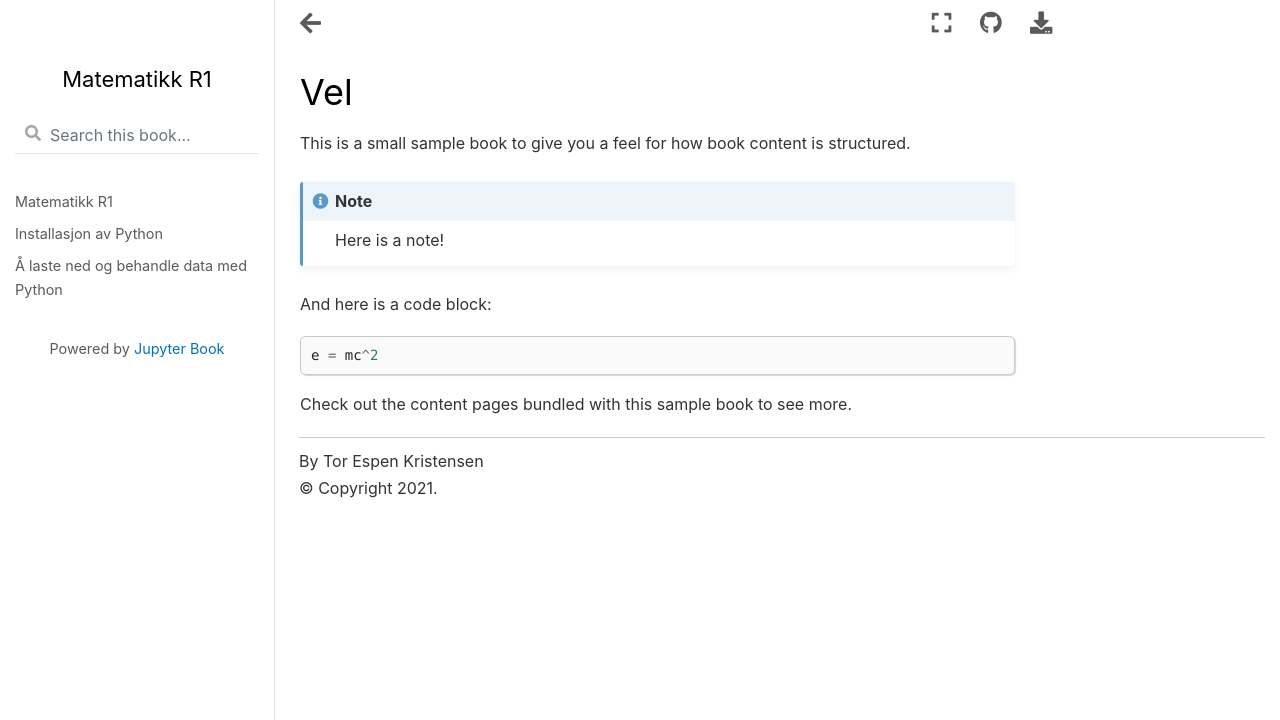
Repository: tork73/R1
Page: R1-programmering/_build/html/intro.html
These files come from the project's save history. The page is drawn as it stood at one moment and after the next save; the edit follows.
The browser window is 1280 px wide. The pictures show the whole page.

Above is the page before, as saved 2022-01-31 10:32:03.

### R1-programmering/_build/html/intro.html

<!DOCTYPE html>

<html>
  <head>
    <meta charset="utf-8" />
    <meta name="viewport" content="width=device-width, initial-scale=1.0" />
    <title>Vel &#8212; Matematikk R1</title>

  <link href="../_static/css/theme.css" rel="stylesheet">
  <link href="../_static/css/index.ff1ffe594081f20da1ef19478df9384b.css" rel="stylesheet">


  <link rel="stylesheet"
    href="../_static/vendor/fontawesome/5.13.0/css/all.min.css">
  <link rel="preload" as="font" type="font/woff2" crossorigin
    href="../_static/vendor/fontawesome/5.13.0/webfonts/fa-solid-900.woff2">
  <link rel="preload" as="font" type="font/woff2" crossorigin
    href="../_static/vendor/fontawesome/5.13.0/webfonts/fa-brands-400.woff2">





    <link rel="stylesheet" type="text/css" href="../_static/pygments.css" />
    <link rel="stylesheet" type="text/css" href="../_static/sphinx-book-theme.css?digest=c3fdc42140077d1ad13ad2f1588a4309" />
    <link rel="stylesheet" type="text/css" href="../_static/togglebutton.css" />
    <link rel="stylesheet" type="text/css" href="../_static/copybutton.css" />
    <link rel="stylesheet" type="text/css" href="../_static/mystnb.css" />
    <link rel="stylesheet" type="text/css" href="../_static/sphinx-thebe.css" />
    <link rel="stylesheet" type="text/css" href="../_static/proof.css" />
    <link rel="stylesheet" type="text/css" href="../_static/panels-main.c949a650a448cc0ae9fd3441c0e17fb0.css" />
    <link rel="stylesheet" type="text/css" href="../_static/panels-variables.06eb56fa6e07937060861dad626602ad.css" />

  <link rel="preload" as="script" href="../_static/js/index.be7d3bbb2ef33a8344ce.js">

    <script data-url_root="../" id="documentation_options" src="../_static/documentation_options.js"></script>
    <script src="../_static/jquery.js"></script>
    <script src="../_static/underscore.js"></script>
    <script src="../_static/doctools.js"></script>
    <script src="../_static/togglebutton.js"></script>
    <script src="../_static/clipboard.min.js"></script>
    <script src="../_static/copybutton.js"></script>
    <script>var togglebuttonSelector = '.toggle, .admonition.dropdown, .tag_hide_input div.cell_input, .tag_hide-input div.cell_input, .tag_hide_output div.cell_output, .tag_hide-output div.cell_output, .tag_hide_cell.cell, .tag_hide-cell.cell';</script>
    <script src="../_static/sphinx-book-theme.d59cb220de22ca1c485ebbdc042f0030.js"></script>
    <script async="async" src="https://unpkg.com/thebe@0.5.1/lib/index.js"></script>
    <script>
        const thebe_selector = ".thebe"
        const thebe_selector_input = "pre"
        const thebe_selector_output = ".output"
    </script>
    <script async="async" src="../_static/sphinx-thebe.js"></script>
    <link rel="index" title="Index" href="../genindex.html" />
    <link rel="search" title="Search" href="../search.html" />
    <meta name="viewport" content="width=device-width, initial-scale=1" />
    <meta name="docsearch:language" content="None">


    <!-- Google Analytics -->

  </head>
  <body data-spy="scroll" data-target="#bd-toc-nav" data-offset="80">

    <div class="container-fluid" id="banner"></div>



    <div class="container-xl">
      <div class="row">

<div class="col-12 col-md-3 bd-sidebar site-navigation show" id="site-navigation">

        <div class="navbar-brand-box">
    <a class="navbar-brand text-wrap" href="../index.html">



      <h1 class="site-logo" id="site-title">Matematikk R1</h1>

    </a>
</div><form class="bd-search d-flex align-items-center" action="../search.html" method="get">
  <i class="icon fas fa-search"></i>
  <input type="search" class="form-control" name="q" id="search-input" placeholder="Search this book..." aria-label="Search this book..." autocomplete="off" >
</form><nav class="bd-links" id="bd-docs-nav" aria-label="Main">
    <div class="bd-toc-item active">
        <ul class="nav bd-sidenav">
 <li class="toctree-l1">
  <a class="reference internal" href="../intro.html">
   Matematikk R1
  </a>
 </li>
</ul>
<ul class="nav bd-sidenav">
 <li class="toctree-l1">
  <a class="reference internal" href="../innledning-programmering.html">
   Installasjon av Python
  </a>
 </li>
 <li class="toctree-l1">
  <a class="reference internal" href="../data-pandas.html">
   Å laste ned og behandle data med Python
  </a>
 </li>
</ul>

    </div>
</nav> <!-- To handle the deprecated key -->

<div class="navbar_extra_footer">
  Powered by <a href="https://jupyterbook.org">Jupyter Book</a>
</div>

</div>






<main class="col py-md-3 pl-md-4 bd-content overflow-auto" role="main">

    <div class="topbar container-xl fixed-top">
    <div class="topbar-contents row">
        <div class="col-12 col-md-3 bd-topbar-whitespace site-navigation show"></div>
        <div class="col pl-md-4 topbar-main">

            <button id="navbar-toggler" class="navbar-toggler ml-0" type="button" data-toggle="collapse"
                data-toggle="tooltip" data-placement="bottom" data-target=".site-navigation" aria-controls="navbar-menu"
                aria-expanded="true" aria-label="Toggle navigation" aria-controls="site-navigation"
                title="Toggle navigation" data-toggle="tooltip" data-placement="left">
                <i class="fas fa-bars"></i>
                <i class="fas fa-arrow-left"></i>
                <i class="fas fa-arrow-up"></i>
            </button>


<div class="dropdown-buttons-trigger">
    <button id="dropdown-buttons-trigger" class="btn btn-secondary topbarbtn" aria-label="Download this page"><i
            class="fas fa-download"></i></button>

    <div class="dropdown-buttons">
        <!-- ipynb file if we had a myst markdown file -->

        <!-- Download raw file -->
        <a class="dropdown-buttons" href="../_sources/.history/intro_20220131103203.md"><button type="button"
                class="btn btn-secondary topbarbtn" title="Download source file" data-toggle="tooltip"
                data-placement="left">.md</button></a>
        <!-- Download PDF via print -->
        <button type="button" id="download-print" class="btn btn-secondary topbarbtn" title="Print to PDF"
                onclick="printPdf(this)" data-toggle="tooltip" data-placement="left">.pdf</button>
    </div>
</div>

            <!-- Source interaction buttons -->

<div class="dropdown-buttons-trigger">
    <button id="dropdown-buttons-trigger" class="btn btn-secondary topbarbtn"
        aria-label="Connect with source repository"><i class="fab fa-github"></i></button>
    <div class="dropdown-buttons sourcebuttons">
        <a class="repository-button"
            href="https://github.com/executablebooks/jupyter-book"><button type="button" class="btn btn-secondary topbarbtn"
                data-toggle="tooltip" data-placement="left" title="Source repository"><i
                    class="fab fa-github"></i>repository</button></a>
        <a class="issues-button"
            href="https://github.com/executablebooks/jupyter-book/issues/new?title=Issue%20on%20page%20%2F.history/intro_20220131103203.html&body=Your%20issue%20content%20here."><button
                type="button" class="btn btn-secondary topbarbtn" data-toggle="tooltip" data-placement="left"
                title="Open an issue"><i class="fas fa-lightbulb"></i>open issue</button></a>

    </div>
</div>

            <!-- Full screen (wrap in <a> to have style consistency -->

<a class="full-screen-button"><button type="button" class="btn btn-secondary topbarbtn" data-toggle="tooltip"
        data-placement="bottom" onclick="toggleFullScreen()" aria-label="Fullscreen mode"
        title="Fullscreen mode"><i
            class="fas fa-expand"></i></button></a>

            <!-- Launch buttons -->

        </div>

        <!-- Table of contents -->
        <div class="d-none d-md-block col-md-2 bd-toc show noprint">

        </div>
    </div>
</div>
    <div id="main-content" class="row">
        <div class="col-12 col-md-9 pl-md-3 pr-md-0">
            <!-- Table of contents that is only displayed when printing the page -->
            <div id="jb-print-docs-body" class="onlyprint">
                <h1>Vel</h1>
                <!-- Table of contents -->
                <div id="print-main-content">
                    <div id="jb-print-toc">

                    </div>
                </div>
            </div>

              <div>

  <div class="tex2jax_ignore mathjax_ignore section" id="vel">
<h1>Vel<a class="headerlink" href="#vel" title="Permalink to this headline">¶</a></h1>
<p>This is a small sample book to give you a feel for how book content is
structured.</p>
<div class="admonition note">
<p class="admonition-title">Note</p>
<p>Here is a note!</p>
</div>
<p>And here is a code block:</p>
<div class="highlight-default notranslate"><div class="highlight"><pre><span></span><span class="n">e</span> <span class="o">=</span> <span class="n">mc</span><span class="o">^</span><span class="mi">2</span>
</pre></div>
</div>
<p>Check out the content pages bundled with this sample book to see more.</p>
</div>

    <script type="text/x-thebe-config">
    {
        requestKernel: true,
        binderOptions: {
            repo: "binder-examples/jupyter-stacks-datascience",
            ref: "master",
        },
        codeMirrorConfig: {
            theme: "abcdef",
            mode: "python"
        },
        kernelOptions: {
            kernelName: "python3",
            path: "./.history"
        },
        predefinedOutput: true
    }
    </script>
    <script>kernelName = 'python3'</script>

              </div>


                <!-- Previous / next buttons -->
<div class='prev-next-area'>
</div>

        </div>
    </div>
    <footer class="footer">
  <p>

      By Tor Espen Kristensen<br/>

        &copy; Copyright 2021.<br/>
  </p>
</footer>
</main>


      </div>
    </div>

  <script src="../_static/js/index.be7d3bbb2ef33a8344ce.js"></script>

  </body>
</html>

### R1-programmering/_build/html/_static/togglebutton.css
/* Visibility of the target */
.toggle, div.admonition.toggle .admonition-title ~ * {
    transition: opacity .5s, height .5s;
}

.toggle-hidden:not(.admonition) {
    visibility: hidden;
    opacity: 0;
    height: 1.5em;
    margin: 0px;
    padding: 0px;
}

/* Overrides for admonition toggles */

/* Titles should cut off earlier to avoid overlapping w/ button */
div.admonition.toggle p.admonition-title {
    padding-right: 25%;
}

/* hides all the content of a page until de-toggled */
div.admonition.toggle-hidden .admonition-title ~ * {
    height: 0;
    margin: 0;
    float: left; /* so they overlap when hidden */
    opacity: 0;
    visibility: hidden;
}

/* Toggle buttons inside admonitions so we see the title */
.toggle.admonition {
    position: relative;
}

.toggle.admonition.admonition-title:after {
    content: "" !important;
}

/* Note, we'll over-ride this in sphinx-book-theme */
.toggle.admonition button.toggle-button {
    margin-right: 0.5em;
    right: 0em;
    position: absolute;
    top: .2em;
}

/* General button style */
button.toggle-button {
    background: #999;
    border: none;
    z-index: 100;
    right: -2.5em;
    margin-left: -2.5em; /* A hack to keep code blocks from being pushed left */
    position: relative;
    float: right;
    border-radius: 100%;
    width: 1.5em;
    height: 1.5em;
    padding: 0px;
}

@media (min-width: 768px) {
    button.toggle-button.toggle-button-hidden:before {
        content: "Click to show";
        position: absolute;
        font-size: .8em;
        left: -6.5em;
        bottom: .4em;
    }
}


/* Plus / minus toggles */
.toggle-button .bar {
    background-color: white;
    position: absolute;
    left: 15%;
    top: 43%;
    width: 16px;
    height: 3px;
}

.toggle-button .vertical {
    transition: all 0.25s ease-in-out;
    transform-origin: center;
}

.toggle-button-hidden .vertical {
    transform: rotate(-90deg);
}

### R1-programmering/_build/html/_static/copybutton.css
/* Copy buttons */
button.copybtn {
    position: absolute;
    display: flex;
    top: .3em;
    right: .5em;
    width: 1.7em;
    height: 1.7em;
	opacity: 0;
    transition: opacity 0.3s, border .3s, background-color .3s;
    user-select: none;
    padding: 0;
    border: none;
    outline: none;
    border-radius: 0.4em;
    border: #e1e1e1 1px solid;
    background-color: rgb(245, 245, 245);
}

button.copybtn.success {
    border-color: #22863a;
}

button.copybtn img {
    width: 100%;
    padding: .2em;
}

div.highlight  {
    position: relative;
}

.highlight:hover button.copybtn {
	opacity: 1;
}

.highlight button.copybtn:hover {
    background-color: rgb(235, 235, 235);
}

.highlight button.copybtn:active {
    background-color: rgb(187, 187, 187);
}

/**
 * A minimal CSS-only tooltip copied from:
 *   https://codepen.io/mildrenben/pen/rVBrpK
 *
 * To use, write HTML like the following:
 *
 * <p class="o-tooltip--left" data-tooltip="Hey">Short</p>
 */
 .o-tooltip--left {
  position: relative;
 }

 .o-tooltip--left:after {
    opacity: 0;
    visibility: hidden;
    position: absolute;
    content: attr(data-tooltip);
    padding: .2em;
    font-size: .8em;
    left: -.2em;
    background: grey;
    color: white;
    white-space: nowrap;
    z-index: 2;
    border-radius: 2px;
    transform: translateX(-102%) translateY(0);
    transition: opacity 0.2s cubic-bezier(0.64, 0.09, 0.08, 1), transform 0.2s cubic-bezier(0.64, 0.09, 0.08, 1);
}

.o-tooltip--left:hover:after {
    display: block;
    opacity: 1;
    visibility: visible;
    transform: translateX(-100%) translateY(0);
    transition: opacity 0.2s cubic-bezier(0.64, 0.09, 0.08, 1), transform 0.2s cubic-bezier(0.64, 0.09, 0.08, 1);
    transition-delay: .5s;
}

### R1-programmering/_build/html/_static/sphinx-thebe.css
/* Thebelab Buttons */
.thebelab-button {
    z-index: 999;
    display: inline-block;
    padding: 0.35em 1.2em;
    margin: 0px 1px;
    border-radius: 0.12em;
    box-sizing:  border-box;
    text-decoration: none;
    font-family: 'Roboto', sans-serif;
    font-weight: 300;
    text-align: center;
    transition: all 0.2s;
    background-color: #dddddd;
    border: 0.05em solid white;
    color: #000000;
}

.thebelab-button:hover{
    border: 0.05em solid black;
    background-color: #fcfcfc;
}

.thebe-launch-button {
    height: 2.2em;
    font-size: .8em;
    border: 1px black solid;
}

/* Thebelab Cell */
.thebelab-cell pre {
  background: none;
}

.thebelab-cell .thebelab-input {
    padding-left: 1em;
    margin-bottom: .5em;
    margin-top: .5em;
}

.thebelab-cell .jp-OutputArea {
    margin-top: .5em;
    margin-left: 1em;
}

button.thebelab-button.thebelab-run-button {
    margin-left: 1.5em;
    margin-bottom: .5em;
}

/* Loading button */
button.thebe-launch-button div.spinner {
    float: left;
    margin-right: 1em;
}

/* Remove the spinner when thebelab is ready */
.thebe-launch-button.thebe-status-ready .spinner {
    display: none;
}

.thebe-launch-button span.status {
    font-family: monospace;
    font-weight: bold;
}

.thebe-launch-button.thebe-status-ready span.status {
    color: green;
}

.spinner {
    height: 2em;
    text-align: center;
    font-size: 0.7em;
  }

  .spinner > div {
    background-color: #F37726;
    height: 100%;
    width: 6px;
    display: inline-block;

    -webkit-animation: sk-stretchdelay 1.2s infinite ease-in-out;
    animation: sk-stretchdelay 1.2s infinite ease-in-out;
  }

  .spinner .rect2 {
    -webkit-animation-delay: -1.1s;
    animation-delay: -1.1s;
  }

  .spinner .rect3 {
    -webkit-animation-delay: -1.0s;
    animation-delay: -1.0s;
  }

  .spinner .rect4 {
    -webkit-animation-delay: -0.9s;
    animation-delay: -0.9s;
  }

  .spinner .rect5 {
    -webkit-animation-delay: -0.8s;
    animation-delay: -0.8s;
  }

  @-webkit-keyframes sk-stretchdelay {
    0%, 40%, 100% { -webkit-transform: scaleY(0.4) }
    20% { -webkit-transform: scaleY(1.0) }
  }

  @keyframes sk-stretchdelay {
    0%, 40%, 100% {
      transform: scaleY(0.4);
      -webkit-transform: scaleY(0.4);
    }  20% {
      transform: scaleY(1.0);
      -webkit-transform: scaleY(1.0);
    }
  }

### R1-programmering/_build/html/_static/panels-main.c949a650a448cc0ae9fd3441c0e17fb0.css
details.dropdown .summary-title{padding-right:3em !important;-moz-user-select:none;-ms-user-select:none;-webkit-user-select:none;user-select:none}details.dropdown:hover{cursor:pointer}details.dropdown .summary-content{cursor:default}details.dropdown summary{list-style:none;padding:1em}details.dropdown summary .octicon.no-title{vertical-align:middle}details.dropdown[open] summary .octicon.no-title{visibility:hidden}details.dropdown summary::-webkit-details-marker{display:none}details.dropdown summary:focus{outline:none}details.dropdown summary:hover .summary-up svg,details.dropdown summary:hover .summary-down svg{opacity:1}details.dropdown .summary-up svg,details.dropdown .summary-down svg{display:block;opacity:.6}details.dropdown .summary-up,details.dropdown .summary-down{pointer-events:none;position:absolute;right:1em;top:.75em}details.dropdown[open] .summary-down{visibility:hidden}details.dropdown:not([open]) .summary-up{visibility:hidden}details.dropdown.fade-in[open] summary~*{-moz-animation:panels-fade-in .5s ease-in-out;-webkit-animation:panels-fade-in .5s ease-in-out;animation:panels-fade-in .5s ease-in-out}details.dropdown.fade-in-slide-down[open] summary~*{-moz-animation:panels-fade-in .5s ease-in-out, panels-slide-down .5s ease-in-out;-webkit-animation:panels-fade-in .5s ease-in-out, panels-slide-down .5s ease-in-out;animation:panels-fade-in .5s ease-in-out, panels-slide-down .5s ease-in-out}@keyframes panels-fade-in{0%{opacity:0}100%{opacity:1}}@keyframes panels-slide-down{0%{transform:translate(0, -10px)}100%{transform:translate(0, 0)}}.octicon{display:inline-block;fill:currentColor;vertical-align:text-top}.tabbed-content{box-shadow:0 -.0625rem var(--tabs-color-overline),0 .0625rem var(--tabs-color-underline);display:none;order:99;padding-bottom:.75rem;padding-top:.75rem;width:100%}.tabbed-content>:first-child{margin-top:0 !important}.tabbed-content>:last-child{margin-bottom:0 !important}.tabbed-content>.tabbed-set{margin:0}.tabbed-set{border-radius:.125rem;display:flex;flex-wrap:wrap;margin:1em 0;position:relative}.tabbed-set>input{opacity:0;position:absolute}.tabbed-set>input:checked+label{border-color:var(--tabs-color-label-active);color:var(--tabs-color-label-active)}.tabbed-set>input:checked+label+.tabbed-content{display:block}.tabbed-set>input:focus+label{outline-style:auto}.tabbed-set>input:not(.focus-visible)+label{outline:none;-webkit-tap-highlight-color:transparent}.tabbed-set>label{border-bottom:.125rem solid transparent;color:var(--tabs-color-label-inactive);cursor:pointer;font-size:var(--tabs-size-label);font-weight:700;padding:1em 1.25em .5em;transition:color 250ms;width:auto;z-index:1}html .tabbed-set>label:hover{color:var(--tabs-color-label-active)}

Loaded but not shown: R1-programmering/_build/html/_static/css/index.ff1ffe594081f20da1ef19478df9384b.css (library); R1-programmering/_build/html/_static/vendor/fontawesome/5.13.0/css/all.min.css (library); R1-programmering/_build/html/_static/sphinx-book-theme.css (library); R1-programmering/_build/html/_static/panels-variables.06eb56fa6e07937060861dad626602ad.css (common file); R1-programmering/_build/html/_static/js/index.be7d3bbb2ef33a8344ce.js (library); R1-programmering/_build/html/_static/documentation_options.js (common file); R1-programmering/_build/html/_static/jquery.js (library); R1-programmering/_build/html/_static/underscore.js (library); R1-programmering/_build/html/_static/clipboard.min.js (library); R1-programmering/_build/html/_static/doctools.js (323 lines, source omitted); R1-programmering/_build/html/_static/copybutton.js (197 lines, source omitted); R1-programmering/_build/html/_static/sphinx-thebe.js (96 lines, source omitted); R1-programmering/_build/html/_static/sphinx-book-theme.d59cb220de22ca1c485ebbdc042f0030.js (22 lines, source omitted); R1-programmering/_build/html/_static/togglebutton.js (76 lines, source omitted); R1-programmering/_build/html/_static/basic.css (905 lines, source omitted); R1-programmering/_build/html/_static/proof.css (196 lines, source omitted); R1-programmering/_build/html/_static/css/theme.css (120 lines, source omitted); R1-programmering/_build/html/_static/pygments.css (69 lines, source omitted); R1-programmering/_build/html/_static/mystnb.css (183 lines, source omitted)

After the next save:
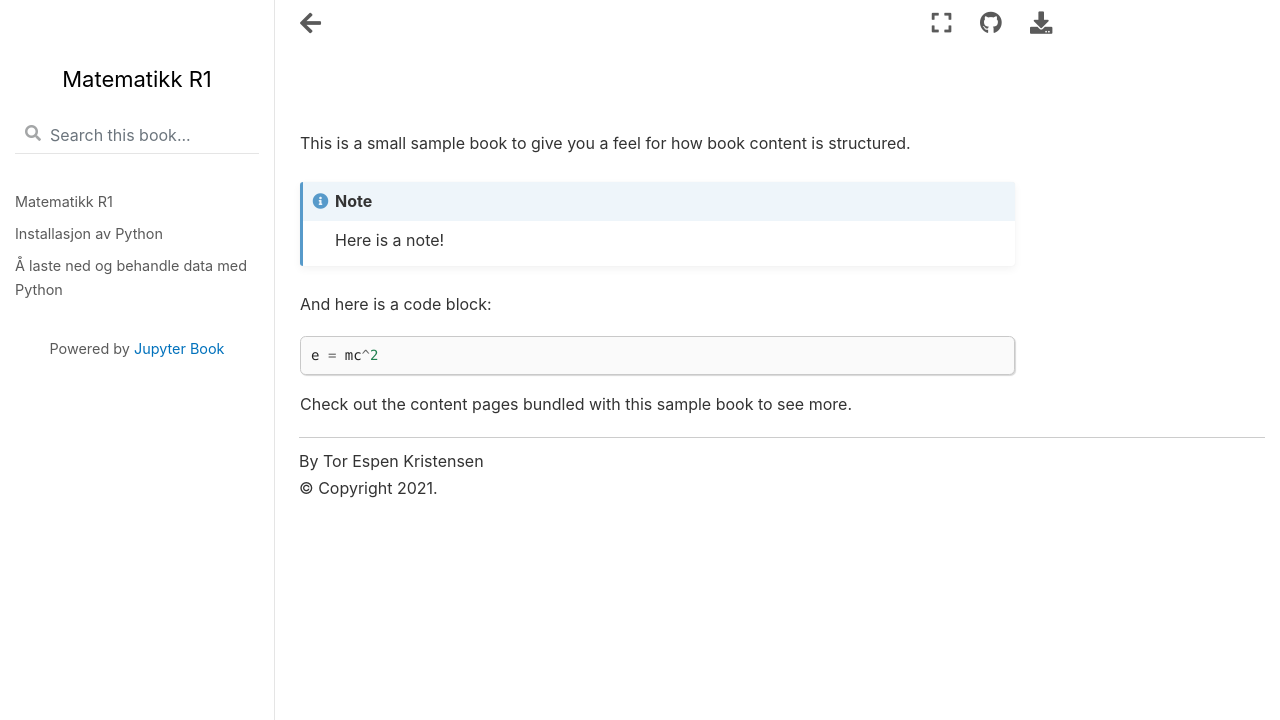
Saved 5 s later.
--- a/R1-programmering/_build/html/intro.html
+++ b/R1-programmering/_build/html/intro.html
@@ -5,7 +5,7 @@
   <head>
     <meta charset="utf-8" />
     <meta name="viewport" content="width=device-width, initial-scale=1.0" />
-    <title>Vel &#8212; Matematikk R1</title>
+    <title> &#8212; Matematikk R1</title>
 
   <link href="../_static/css/theme.css" rel="stylesheet">
   <link href="../_static/css/index.ff1ffe594081f20da1ef19478df9384b.css" rel="stylesheet">
@@ -142,7 +142,7 @@
         <!-- ipynb file if we had a myst markdown file -->
 
         <!-- Download raw file -->
-        <a class="dropdown-buttons" href="../_sources/.history/intro_20220131103203.md"><button type="button"
+        <a class="dropdown-buttons" href="../_sources/.history/intro_20220131103208.md"><button type="button"
                 class="btn btn-secondary topbarbtn" title="Download source file" data-toggle="tooltip"
                 data-placement="left">.md</button></a>
         <!-- Download PDF via print -->
@@ -162,7 +162,7 @@
                 data-toggle="tooltip" data-placement="left" title="Source repository"><i
                     class="fab fa-github"></i>repository</button></a>
         <a class="issues-button"
-            href="https://github.com/executablebooks/jupyter-book/issues/new?title=Issue%20on%20page%20%2F.history/intro_20220131103203.html&body=Your%20issue%20content%20here."><button
+            href="https://github.com/executablebooks/jupyter-book/issues/new?title=Issue%20on%20page%20%2F.history/intro_20220131103208.html&body=Your%20issue%20content%20here."><button
                 type="button" class="btn btn-secondary topbarbtn" data-toggle="tooltip" data-placement="left"
                 title="Open an issue"><i class="fas fa-lightbulb"></i>open issue</button></a>
 
@@ -190,7 +190,7 @@
         <div class="col-12 col-md-9 pl-md-3 pr-md-0">
             <!-- Table of contents that is only displayed when printing the page -->
             <div id="jb-print-docs-body" class="onlyprint">
-                <h1>Vel</h1>
+                <h1></h1>
                 <!-- Table of contents -->
                 <div id="print-main-content">
                     <div id="jb-print-toc">
@@ -201,8 +201,8 @@
 
               <div>
 
-  <div class="tex2jax_ignore mathjax_ignore section" id="vel">
-<h1>Vel<a class="headerlink" href="#vel" title="Permalink to this headline">¶</a></h1>
+  <div class="tex2jax_ignore mathjax_ignore section" id="id1">
+<h1><a class="headerlink" href="#id1" title="Permalink to this headline">¶</a></h1>
 <p>This is a small sample book to give you a feel for how book content is
 structured.</p>
 <div class="admonition note">
